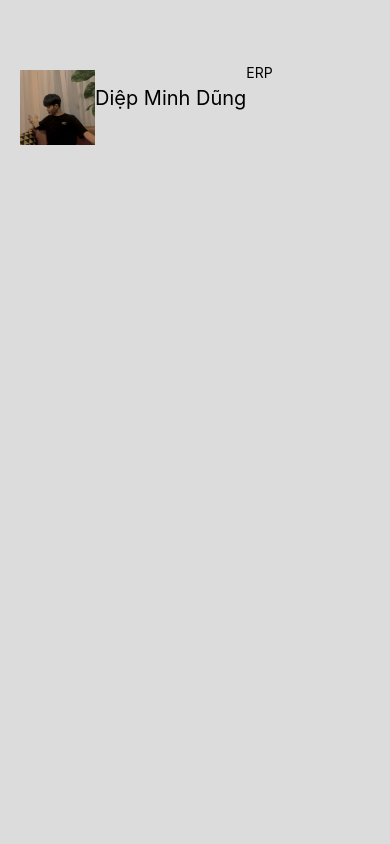
Repository: diepdung02/AppPTC
Screen: /Home
An editor plug-in stored every save of this project. The screen is shown before and after a run of saves, followed by the edit.
The app was drawn by React Native's web renderer in a window 390 px wide. The project was rebuilt for these pictures with package versions that can differ from the ones it lists, and the page was loaded fresh each time.

Above is the screen before, as saved 2024-06-29 13:10:40.

### App.tsx
import React from 'react';
import 'react-native-gesture-handler';
import { NavigationContainer } from '@react-navigation/native';
import { createStackNavigator } from '@react-navigation/stack';
import { createMaterialTopTabNavigator } from '@react-navigation/material-top-tabs';
import { LoginScreen, HomeScreen } from './screen/index';
import COLORS from './constants/Color';


const Stack = createStackNavigator();
const Tab = createMaterialTopTabNavigator();



const App: React.FC = () => {
  return (
    <NavigationContainer>
      <Stack.Navigator initialRouteName="Login">
        <Stack.Screen name="Login" component={LoginScreen} options={{ headerShown: false }} />
        <Stack.Screen name="Home" component={HomeScreen} options={{ headerShown: false }} />
      </Stack.Navigator>
    </NavigationContainer>
  );
};

export default App;

### screen/index.tsx
import LoginScreen from './auth/LoginScreen';
import HomeScreen from './home/HomeScreen';

export{
    LoginScreen,
    HomeScreen

}

### screen/auth/LoginScreen.tsx
import React, { useState, useEffect } from 'react';
import { View, TextInput, StyleSheet, TouchableOpacity, Text, Image } from 'react-native';
import { FontAwesome, MaterialIcons } from '@expo/vector-icons';
import { Formik } from 'formik';
import * as Yup from 'yup';
import AsyncStorage from '@react-native-async-storage/async-storage';
import COLORS from '../../constants/Color';

type LoginProps = {
  navigation: any;
};

type FormValues = {
  username: string;
  password: string;
};

const LoginScreen: React.FC<LoginProps> = ({ navigation }) => {
  const [hidePassword, setHidePassword] = useState<boolean>(true);
  const [rememberPassword, setRememberPassword] = useState<boolean>(false);

  useEffect(() => {
    const checkRememberPassword = async () => {
      try {
        const savedPassword = await AsyncStorage.getItem('password');
        if (savedPassword) {
          setRememberPassword(true);
        }
      } catch (error) {
        console.error('Error reading password from AsyncStorage:', error);
      }
    };
    checkRememberPassword();
  }, []);

  const togglePasswordVisibility = () => {
    setHidePassword(!hidePassword);
  };

  const handleLogin = (values: FormValues) => {
    // Hiện thông báo đăng nhập thành công và điều hướng đến HomeScreen
    alert('Đăng nhập thành công!');
    navigation.navigate('Home');
  };

  const validationSchema = Yup.object({
    username: Yup.string().required('Chưa nhập tên đăng nhập'),
    password: Yup.string().required('Chưa nhập mật khẩu'),
  });

  return (
    <Formik
      initialValues={{
        username: 'dung',
        password: '123',
      }}
      validationSchema={validationSchema}
      onSubmit={(values) => handleLogin(values)}
    >
      {({ values, touched, errors, handleChange, handleSubmit, handleBlur }) => (
        <View style={styles.container}>
          <Image source={require('../../assets/logo.png')} style={styles.logo} />
          <View style={styles.inputContainer}>
            <FontAwesome name="user" size={20} color="black" />
            <TextInput
              style={styles.textInput}
              placeholder="Username"
              value={values.username}
              onChangeText={handleChange('username')}
              onBlur={handleBlur('username')}
            />
          </View>
          {touched.username && errors.username && (
            <Text style={styles.errorText}>{errors.username}</Text>
          )}

          <View style={styles.inputContainer}>
            <FontAwesome name="lock" size={20} color="black" />
            <TextInput
              style={styles.textInput}
              placeholder="Password"
              secureTextEntry={hidePassword}
              value={values.password}
              onChangeText={handleChange('password')}
              onBlur={handleBlur('password')}
            />
            <TouchableOpacity onPress={togglePasswordVisibility}>
              <MaterialIcons name={hidePassword ? 'visibility-off' : 'visibility'} size={20} color="black" />
            </TouchableOpacity>
          </View>
          {touched.password && errors.password && (
            <Text style={styles.errorText}>{errors.password}</Text>
          )}

          <TouchableOpacity style={styles.loginButton} onPress={handleSubmit as any}>
            <Text style={styles.buttonText}>Login</Text>
          </TouchableOpacity>
          <TouchableOpacity onPress={() => navigation.navigate('ForgotPassword')}>
            <Text style={styles.forgotPasswordText}>Forgot Password?</Text>
          </TouchableOpacity>
        </View>
      )}
    </Formik>
  );
};

const styles = StyleSheet.create({
  container: {
    flex: 1,
    backgroundColor: COLORS.colorMain,
    alignItems: 'center',
    justifyContent: 'center',
  },
  logo: {
    width: 150,
    height: 150,
    marginBottom: 50,
  },
  inputContainer: {
    flexDirection: 'row',
    alignItems: 'center',
    backgroundColor: '#FFFFFF',
    borderRadius: 5,
    width: '80%',
    marginBottom: 20,
    padding: 10,
  },
  textInput: {
    flex: 1,
    marginLeft: 10,
  },
  loginButton: {
    backgroundColor: COLORS.blue,
    width: '80%',
    padding: 15,
    borderRadius: 5,
    alignItems: 'center',
  },
  buttonText: {
    color: 'white',
    fontSize: 16,
  },
  forgotPasswordText: {
    color: '#005A8C',
    marginTop: 20,
  },
  errorText: {
    color: 'red',
    fontSize: 12,
    marginBottom: 20,
  },
});

export default LoginScreen;

### screen/home/HomeScreen.tsx
import { View, Text, Image, StyleSheet } from 'react-native'
import React from 'react'
import COLORS from '../../constants/Color'

const HomeScreen:React.FC = () => {
  return (
    <View style={styles.container}>
      <View style={styles.inforContainer}>
        <Image source={require("../../assets/avatar.jpg")} style={styles.avatar}></Image>
        <View></View>
      <Text style={styles.txtInfor}>Diệp Minh Dũng</Text>
      <Text style={styles.txtDept}>ERP</Text>
      </View>
    </View>
  )
}

const styles = StyleSheet.create({
  container:{
    flex:1,
    backgroundColor:COLORS.colorMain,
  },
  avatar:{
    width:75,
    height:75,
    marginTop:70,
    marginLeft:20,
  },
  inforContainer:{
    flexDirection:"row",
    alignItems:"center"
  },
  txtInfor:{
    fontSize:20,
    marginTop:50,
  },
  txtDept:{

  }
})

export default HomeScreen

### constants/Color.tsx
const COLORS = {
    colorMain:"#DCDCDC",
    blue: "#09648C"

  };
  export default COLORS;

After the next 2 saves:
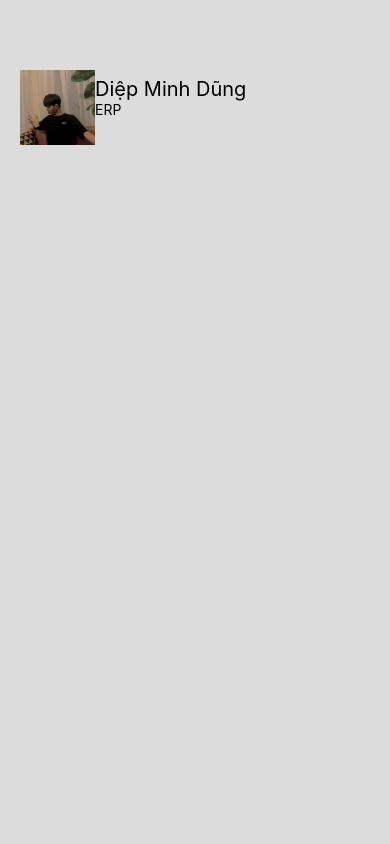
The 2 saves are shown as one change because they came seconds apart.
The last was saved 9 s later.
--- a/screen/home/HomeScreen.tsx
+++ b/screen/home/HomeScreen.tsx
@@ -7,9 +7,10 @@ const HomeScreen:React.FC = () => {
     <View style={styles.container}>
       <View style={styles.inforContainer}>
         <Image source={require("../../assets/avatar.jpg")} style={styles.avatar}></Image>
-        <View></View>
+        <View>
       <Text style={styles.txtInfor}>Diệp Minh Dũng</Text>
       <Text style={styles.txtDept}>ERP</Text>
+      </View>
       </View>
     </View>
   )
